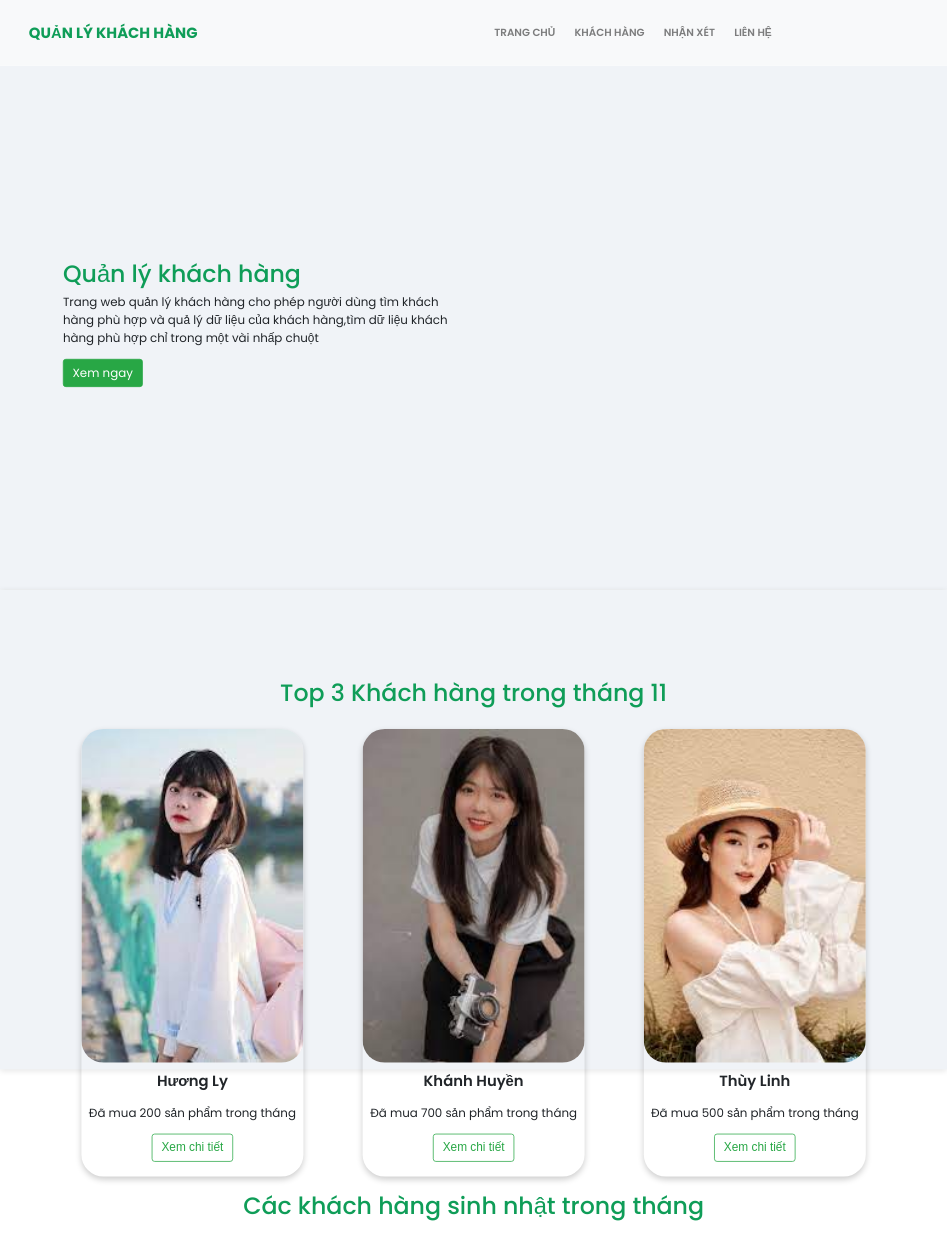
Repository: huutien1904/bt2-ltw
Page: index.html
These files come from the project's save history. The page is drawn as it stood at one moment and after the next save; the edit follows.
The browser window is 1280 px wide. The pictures show the whole page, at 74% of full size.

Above is the page before, as saved 2021-11-04 09:23:58.

After the next save:
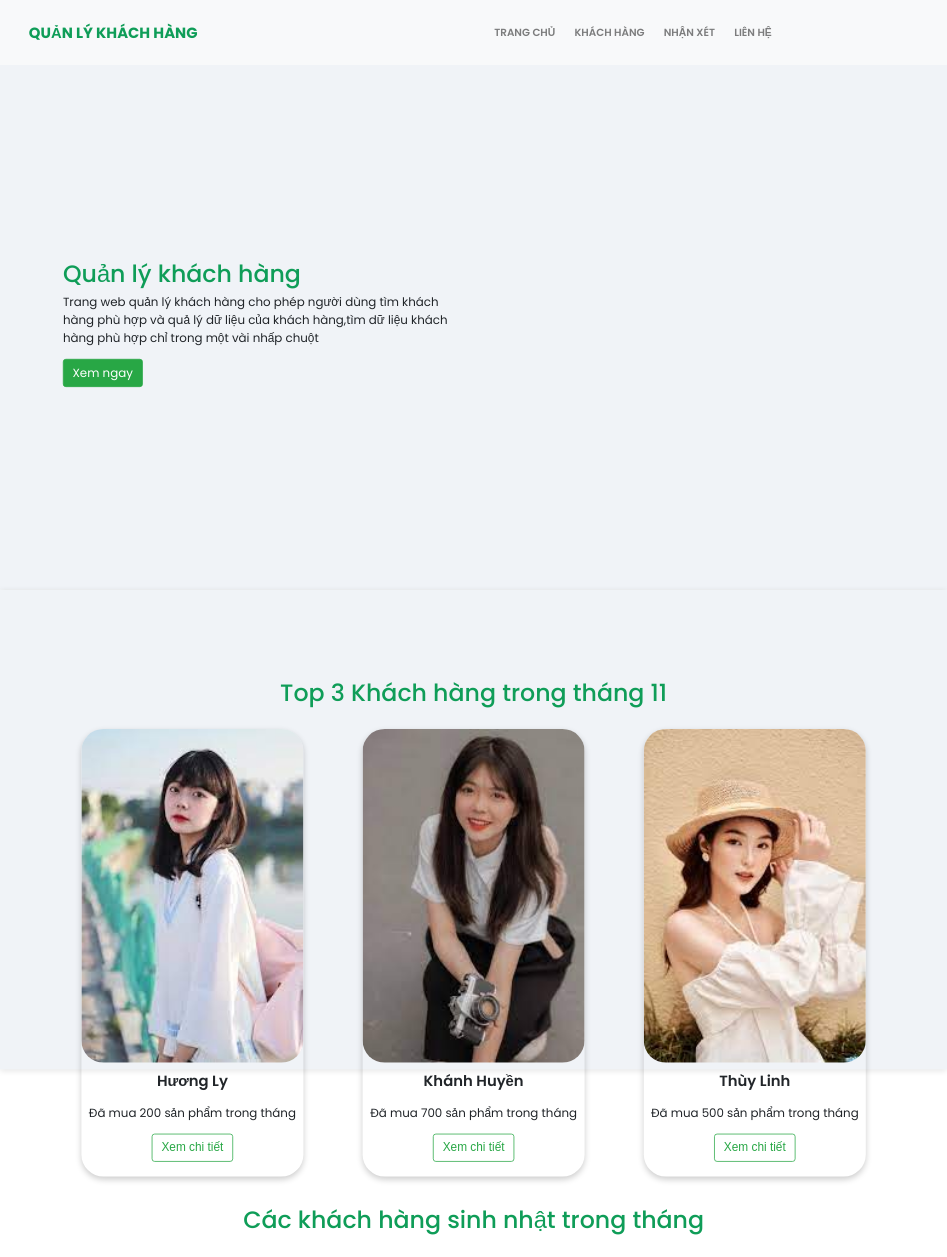
Saved 10 s later.
--- a/style.css
+++ b/style.css
@@ -85,7 +85,9 @@ body {
   margin: 20px;
   margin-bottom: 30px;
 }
-
+.customer_birth{
+  margin-top: 20px;
+}
 
 
 /* .active_nav{
